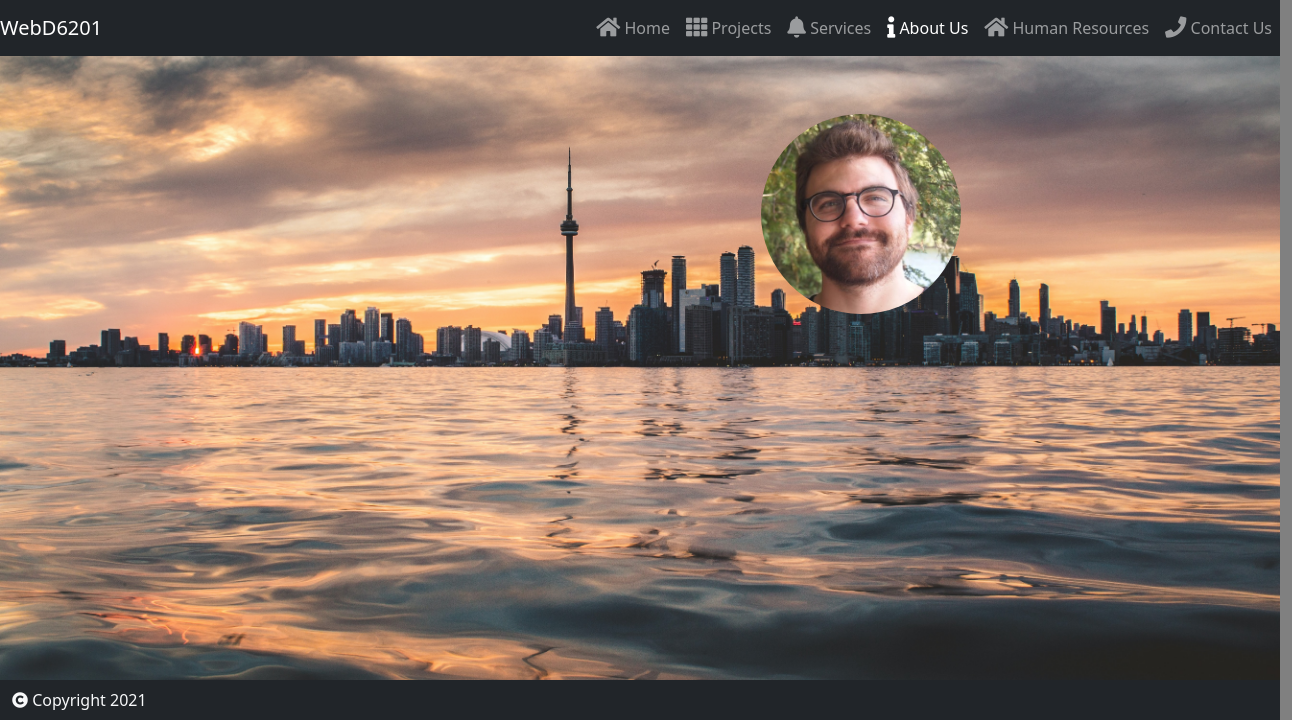
Repository: Tomelinski/Webd6201-Lab02
Page: about.html
An editor plug-in stored every save of this project. The page is shown before and after the next save, followed by the edit.
The browser window is 1280 px wide. The page is 1292 px wide, so the pictures cover 1292 px, including what lies to the right of the window. The pictures show the whole page.

Above is the page before, as saved 2021-02-05 18:16:06.
Console error: ReferenceError: about is not defined

After the next save:
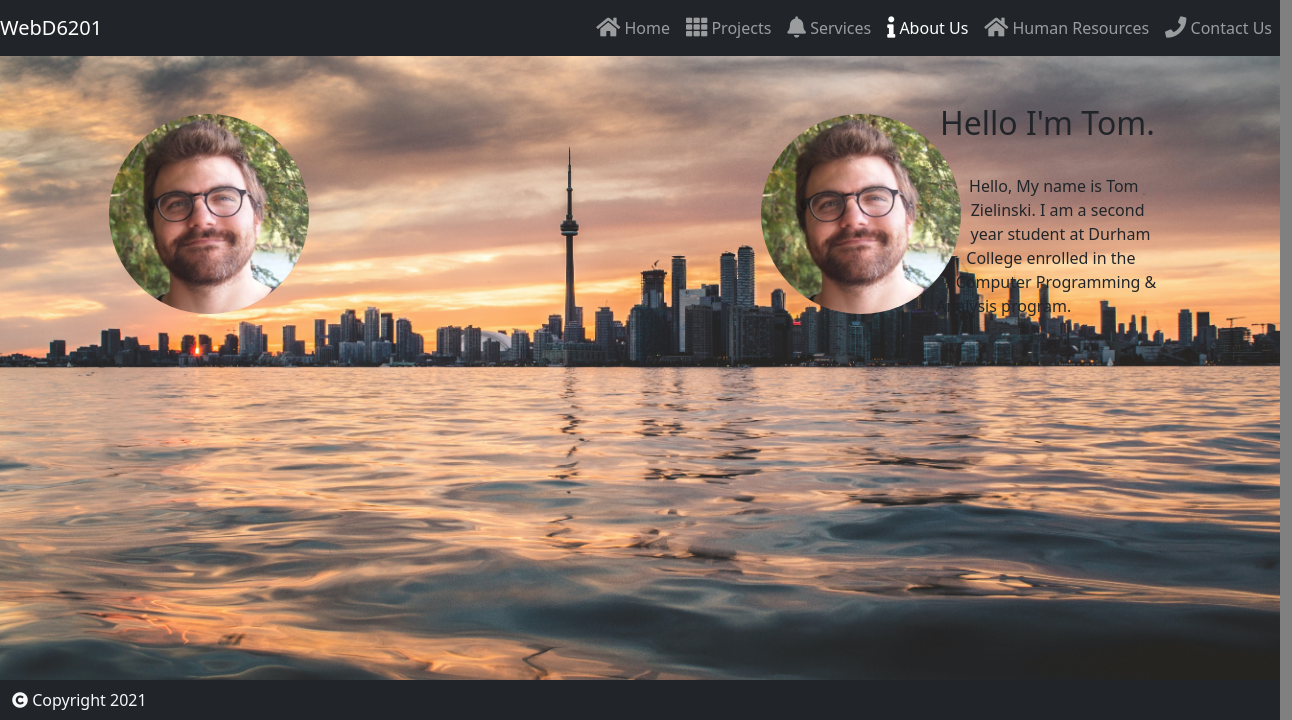
The error is gone.
Saved 31 s later.
--- a/Scripts/app.js
+++ b/Scripts/app.js
@@ -80,7 +80,7 @@
         aboutTom.innerHTML = `</br><p>Hello, My name is Tom Zielinski. I am a second year student at Durham College enrolled in the Computer Programming & Analysis program.</p>`;
 
         About.appendChild(pic);
-        about.appendChild(tomHeading);
+        About.appendChild(tomHeading);
         About.appendChild(aboutTom);
 
         let calvinAbout = document.getElementById("about-calvin");
